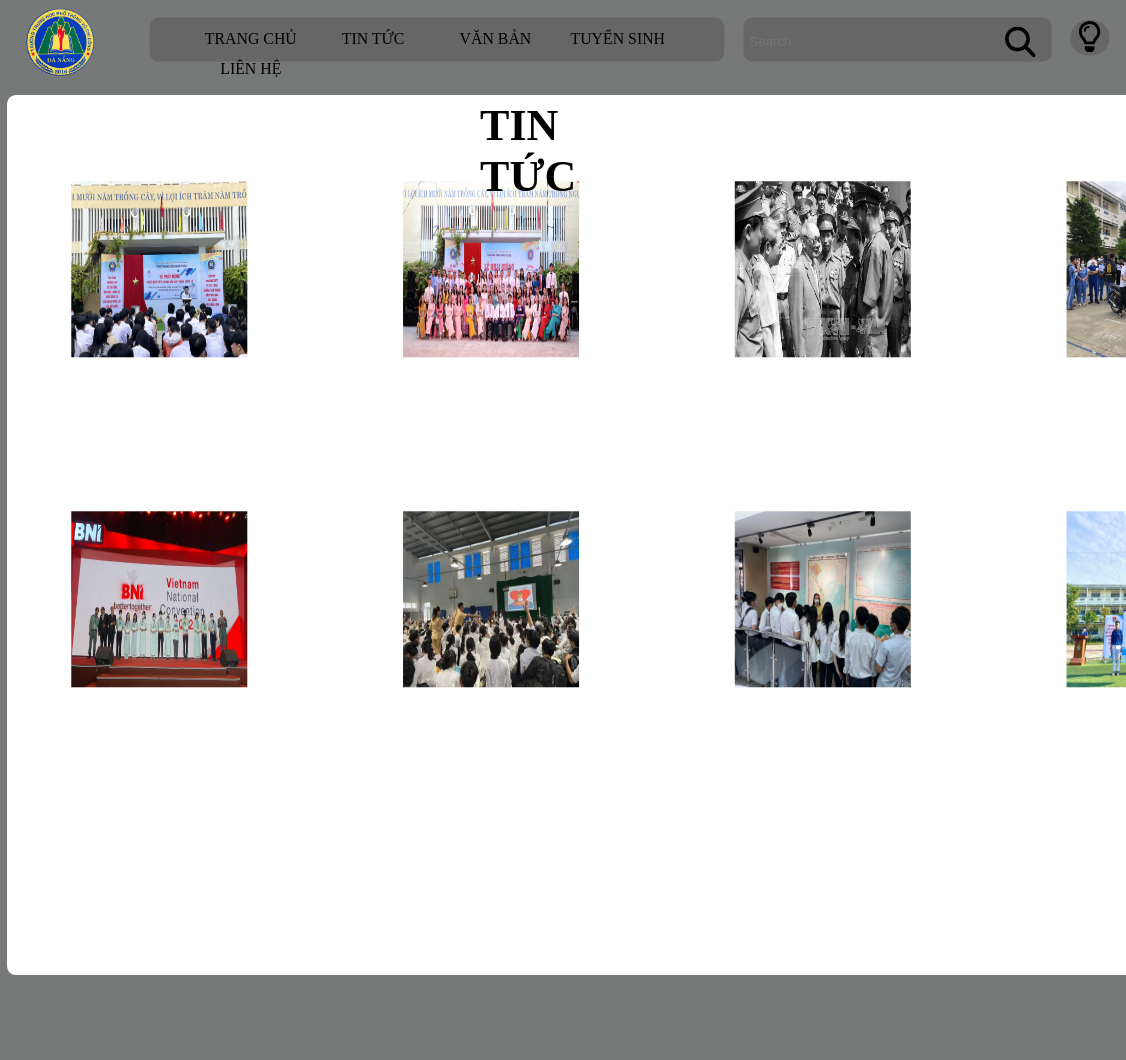
Repository: dphasst17/THPTVCC
Page: new/new.html
These files come from the project's save history. The page is drawn as it stood at one moment and after the next save; the edit follows.
The browser window is 1280 px wide. The pictures show the whole page, at 88% of full size.

Above is the page before, as saved 2022-10-13 09:44:54.

### new/new.html
<!DOCTYPE html>
<html lang="en">
<head>
    <meta charset="UTF-8">
    <meta http-equiv="X-UA-Compatible" content="IE=edge">
    <meta name="viewport" content="width=device-width, initial-scale=1.0">
    <script src="https://ajax.googleapis.com/ajax/libs/jquery/3.6.0/jquery.min.js"></script>
    <script src="index.js"></script>
    <link rel="stylesheet" href="./new.css">
    <title>Trường THPT Võ Chí Công</title>
</head>
<body>
    <header>
        <div class="logo">
            <a href="#">
                <img src="../img/logo.png" alt="">
            </a>
        </div>
        <div class="nav">
            <ul>
                <li><a href="../index.html" >TRANG CHỦ</a></li>
                <li><a href="../new/new.html">TIN TỨC</a></li>
                <li><a href="../document/document.html">VĂN BẢN</a></li>
                <li><a href="../admissions/admissions.html">TUYỂN SINH</a></li>
                <li><a href="../index.html/">LIÊN HỆ</a></li>
            </ul>
        </div>
        <div class="search">
            <input placeholder="Search" spellCheck="false"/>
            <div class="icon-search">
                <svg xmlns="http://www.w3.org/2000/svg" viewBox="0 0 512 512"><path d="M416 208c0 45.9-14.9 88.3-40 122.7L502.6 457.4c12.5 12.5 12.5 32.8 0 45.3s-32.8 12.5-45.3 0L330.7 376c-34.4 25.2-76.8 40-122.7 40C93.1 416 0 322.9 0 208S93.1 0 208 0S416 93.1 416 208zM208 352c79.5 0 144-64.5 144-144s-64.5-144-144-144S64 128.5 64 208s64.5 144 144 144z"strokeWidth="4" stroke="#fff"/></svg>
            </div>
        </div>
        <div class="user">
            <svg xmlns="http://www.w3.org/2000/svg" viewBox="0 0 448 512">
                <path d="M224 256c70.7 0 128-57.3 128-128S294.7 0 224 0S96 57.3 96 128s57.3 128 128 128zm-45.7 48C79.8 304 0 383.8 0 482.3C0 498.7 13.3 512 29.7 512H418.3c16.4 0 29.7-13.3 29.7-29.7C448 383.8 368.2 304 269.7 304H178.3z"/>
            </svg>
            <div class="user_infor">
                <a href="../login.html">Login</a>
            </div>
        </div>
        <div class="dark_mode">
            <div>
                <button id="dark">
                    <svg xmlns="http://www.w3.org/2000/svg" viewBox="0 0 384 512">
                        <path d="M272 384c9.6-31.9 29.5-59.1 49.2-86.2l0 0c5.2-7.1 10.4-14.2 15.4-21.4c19.8-28.5 31.4-63 31.4-100.3C368 78.8 289.2 0 192 0S16 78.8 16 176c0 37.3 11.6 71.9 31.4 100.3c5 7.2 10.2 14.3 15.4 21.4l0 0c19.8 27.1 39.7 54.4 49.2 86.2H272zM192 512c44.2 0 80-35.8 80-80V416H112v16c0 44.2 35.8 80 80 80zM112 176c0 8.8-7.2 16-16 16s-16-7.2-16-16c0-61.9 50.1-112 112-112c8.8 0 16 7.2 16 16s-7.2 16-16 16c-44.2 0-80 35.8-80 80z"/>
                    </svg>
                </button>
            </div>
            <div>
                <button id="light">
                    <svg xmlns="http://www.w3.org/2000/svg" viewBox="0 0 384 512">
                        <path d="M112.1 454.3c0 6.297 1.816 12.44 5.284 17.69l17.14 25.69c5.25 7.875 17.17 14.28 26.64 14.28h61.67c9.438 0 21.36-6.401 26.61-14.28l17.08-25.68c2.938-4.438 5.348-12.37 5.348-17.7L272 415.1h-160L112.1 454.3zM192 0C90.02 .3203 16 82.97 16 175.1c0 44.38 16.44 84.84 43.56 115.8c16.53 18.84 42.34 58.23 52.22 91.45c.0313 .25 .0938 .5166 .125 .7823h160.2c.0313-.2656 .0938-.5166 .125-.7823c9.875-33.22 35.69-72.61 52.22-91.45C351.6 260.8 368 220.4 368 175.1C368 78.8 289.2 .0039 192 0zM288.4 260.1c-15.66 17.85-35.04 46.3-49.05 75.89h-94.61c-14.01-29.59-33.39-58.04-49.04-75.88C75.24 236.8 64 206.1 64 175.1C64 113.3 112.1 48.25 191.1 48C262.6 48 320 105.4 320 175.1C320 206.1 308.8 236.8 288.4 260.1zM176 80C131.9 80 96 115.9 96 160c0 8.844 7.156 16 16 16S128 168.8 128 160c0-26.47 21.53-48 48-48c8.844 0 16-7.148 16-15.99S184.8 80 176 80z"/>
                    </svg>
                </button>
            </div>
        </div>
        <script>
            $(document).ready(function(){
                $('.user').click(function(){
                    $('.user_infor').fadeToggle('user_info')
                })
            })
            $(document).ready(function(){
                $('#dark').click(function(){
                    $('body').css("background-color","rgb(119, 120, 120)")
                    $('.nav, .search, .search>input, .user, #new, #document, #admissions').css("background-color","rgb(103, 102, 102)")
                    $('.notification').css("background-color","#f4f2f2bd")
                    $('h4').css("color","white")
                    $('#dark').css("display","none")
                    $('#light').css("display","block")
                });
                $('#light').click(function(){
                    $('body').css("background-color","rgb(225, 228, 228)")
                    $('.nav, .search, .search>input, .user, .notification, #new, #document, #admissions, #dark').css("background-color","rgb(196, 193, 193)")
                    $('h4').css("color","black")
                    $('#light').css("display","none")
                    $('#dark').css("display","block")

                })
            })
        </script>
    </header>
    <div class="container">
        <article style="width:100%;">
            <iframe name="page" src="./new_content/new_content_home.html" frameborder="0" width="100%" height="1100px">
            </iframe>
        </article>
    </div>
</body>
</html>

### index.js
$(document).ready(function(){
    $('.user').click(function(){
        $('.user_infor').fadeToggle('user_info')
    })
})

/* Dark - Light mode */
$(document).ready(function(){
	$('#dark').click(function(){
    	$('body').css("background-color","rgb(119, 120, 120)")
        $('.nav, .search, .search>input, .user, #new, #document, #admissions').css("background-color","rgb(103, 102, 102)")
        $('.notification').css("background-color","#f4f2f2bd")
        $('h4').css("color","white")
        $('#dark').css("display","none")
        $('#light').css("display","block")
    });
    $('#light').click(function(){
    	$('body').css("background-color","rgb(225, 228, 228)")
        $('.nav, .search, .search>input, .user, .notification, #new, #document, #admissions, #dark').css("background-color","rgb(196, 193, 193)")
        $('h4').css("color","black")
        $('#light').css("display","none")
        $('#dark').css("display","block")

    })
})

### new/new.css
html{
    scroll-behavior: smooth;
}
body{
    margin:0;
    text-decoration:none;
    background-color:rgb(119, 120, 120);
}
header{
    width:100%;
    height:100px;
    top:0;
    left:0;
    right:0;
    position:relative;
    z-index: 111;
}
.logo img{
    width:6%;
    margin:10px 30px;
    position:absolute;
}
.nav{
    position:absolute;
    width:51%;
    height:50px;
    background-color:rgb(103, 102, 102);
    border-radius:10px;
    margin:20px 170px;
}
.nav ul li{
    display:inline-block;
    width:120px;
    margin-top:-10%;
    margin-left:15px;
    text-decoration:none;
    line-height: 44px;
    text-align:center;
}
.nav a{
    display:block;
    width:120px;
    height:50px;
    text-decoration:none;
    font-size:18px;
    color:black;
    line-height: 48px;
}
.search{
    width: 350px;
    height: 50px;
    position: absolute;
    background-color: rgb(103, 102, 102);
    margin-left: 66%;
    margin-top:20px;
    border-radius: 10px;
}
.search input{
    width:340px;
    height:40px;
    margin:5px;
    border-style:none;
    background-color:rgb(103, 102, 102);
    color:#fff;
    outline: none;
    font-size:15px;
}
.icon-search{
    position: absolute;
    background-color: transparent;
    border: 0 none;
    width: 10%;
    margin: -12% 85%;
}
.user{
    width:50px;
    height:50px;
    float:right;
    margin:20px 90px;
    border-radius:50px;
    background-color:rgb(103, 102, 102);
}
.user svg{
    width: 60%;
    margin: 5px 10px;
}
.user a{
    color:tan;
    text-decoration:none;
}
.user_infor{
    display:none;
    width:100px;
    height:100px;
    background-color: rgb(103, 102, 102);
    border-radius:10px;
    margin: 10px -25px;
    text-align:center;
}
.user_infor button{
    border:none;
    background-color:rgb(103, 102, 102);
}

#dark{
    width:45px;
    position:absolute;
    border:none;
    background-color:rgb(103, 102, 102);
    display:none;
    margin-top:23px;
    margin-left:95%;
    border-radius:50px;
}
#light{
    width:45px;
    position:absolute;
    border:none;
    background-color:rgb(103, 102, 102);
    display:block;
    margin-top:23px;
    margin-left:95%;
    border-radius:50px;
}
#dark svg{
    width:80%;
}
#light svg{
    width:80%;
}

### new/new_content/new_content_home.html
<!DOCTYPE html>
<html lang="en">
<head>
    <meta charset="UTF-8">
    <meta http-equiv="X-UA-Compatible" content="IE=edge">
    <meta name="viewport" content="width=device-width, initial-scale=1.0">
    <title>Document</title>
    <style>
        body{
            width:1519px;
            height:500px;
            overflow-x:hidden;
            overflow-y:hidden;
        }
        .new_body{
            width:99%;
            height:1000px;
            background-color:#fff;
            overflow: hidden;
            border-radius:10px;
        }
        h1{
            position:absolute;
            color:black;
            margin:5px 42%;
            font-size:50px;
        }
        .content{
            width:300px;
            height:350px;
            display:inline-flex;
            margin-top:25px;
            margin-left:72.9px;
            flex-wrap: wrap;
            align-content: center;
        }
        img{
            width:200px;
            height:200px;
        }
    </style>
</head>
<body>
    <div class="new_body">
        <h1>TIN TỨC</h1>
        <div class="content">
            <a href="../new_content/new_conten1.html">
                <img src="../new_img/1.jpg" alt="">
            </a>
        </div>
        <div class="content">
            <a href="../new_content/new_content2.html">
                <img src="../new_img/2.jpg" alt="">
            </a>
        </div>
        <div class="content"><a href="../new_content/new_content3.html">
            <img src="../new_img/3.jpg" alt="">
        </a></div>
        <div class="content"><a href="../new_content/new_content4.html">
            <img src="../new_img/4.jpg" alt="">
        </a></div>
        <div class="content"><a href="../new_content/new_content5.html">
            <img src="../new_img/5.jpg" alt="">
        </a></div>
        <div class="content"><a href="../new_content/new_content6.html">
            <img src="../new_img/6.jpg" alt="">
        </a></div>
        <div class="content"><a href="../new_content/new_content7.html">
            <img src="../new_img/7.jpg" alt="">
        </a></div>
        <div class="content"><a href="../new_content/new_content8.html">
            <img src="../new_img/8.jpg" alt="">
        </a></div>
    </div>
</body>
</html>

After the next save:
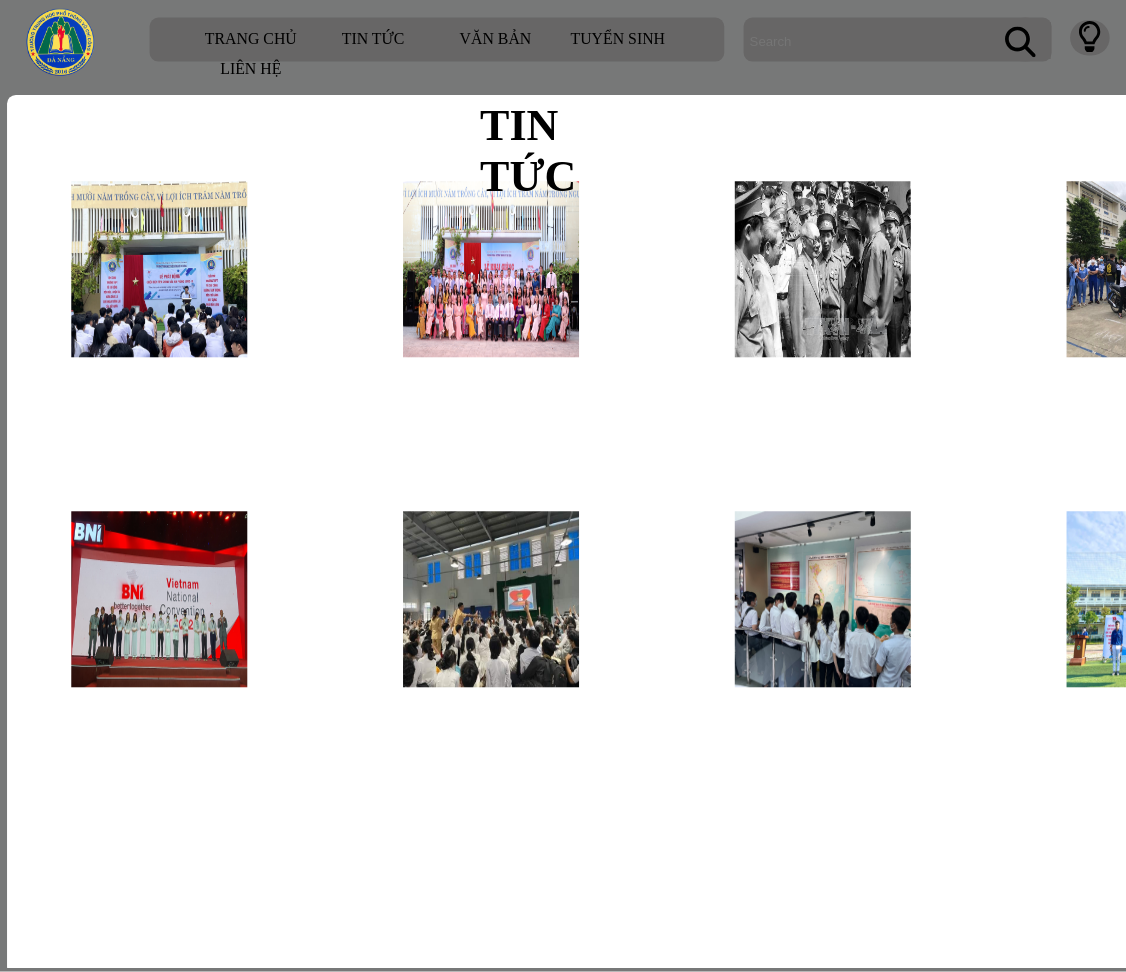
Saved 6 s later.
--- a/new/new.html
+++ b/new/new.html
@@ -83,7 +83,7 @@
     </header>
     <div class="container">
         <article style="width:100%;">
-            <iframe name="page" src="./new_content/new_content_home.html" frameborder="0" width="100%" height="1100px">
+            <iframe name="page" src="./new_content/new_content_home.html" frameborder="0" width="100%" height="1000px">
             </iframe>
         </article>
     </div>
